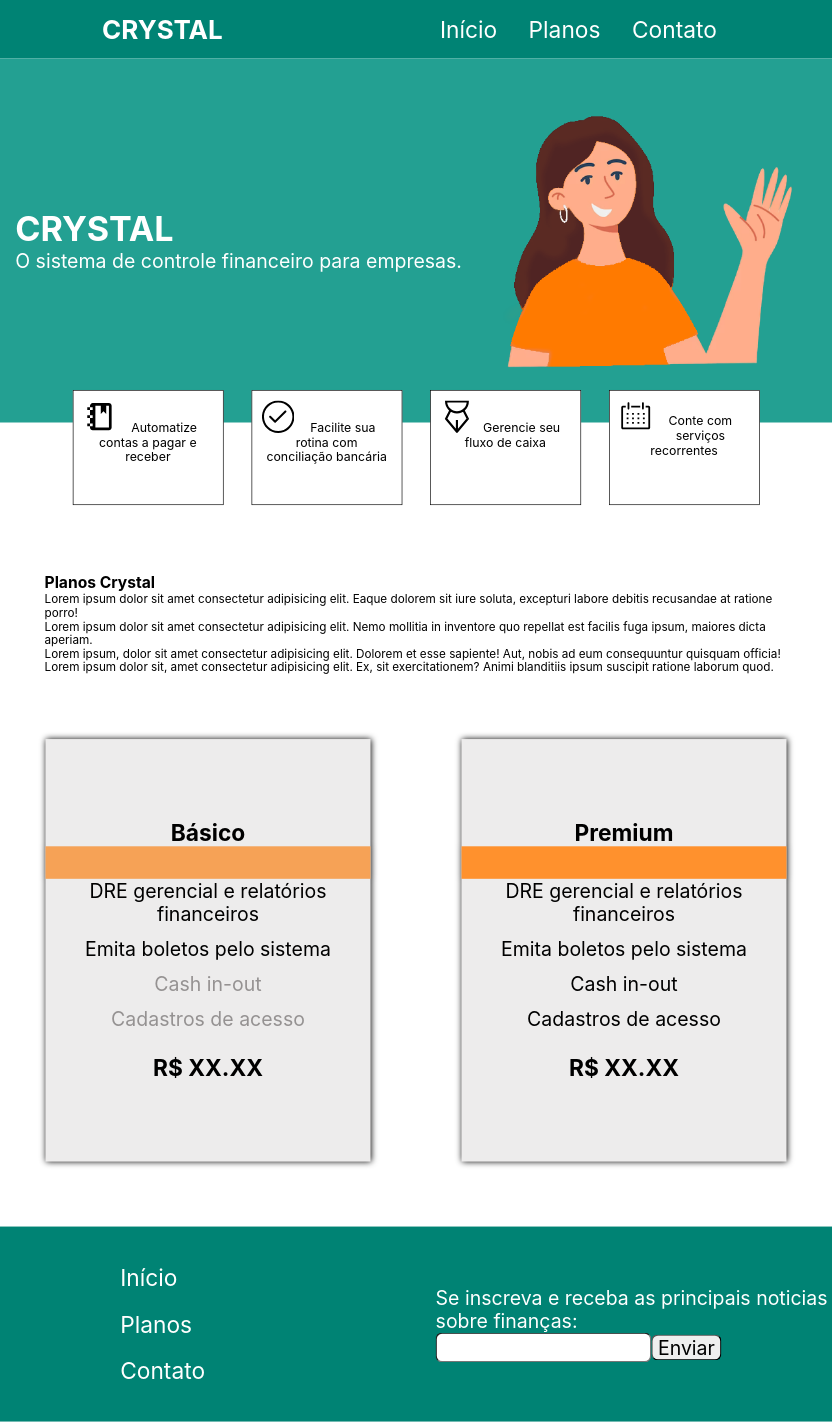
Repository: Matheus904-12/Crystallize
Page: index.html
An editor plug-in stored every save of this project. The page is shown before and after the next save, followed by the edit.
The browser window is 1280 px wide. The pictures show the whole page, at 65% of full size.
Some web fonts or font styles are not loaded; a fallback is used.

Above is the page before, as saved 2023-07-24 20:48:09.

After the next save:
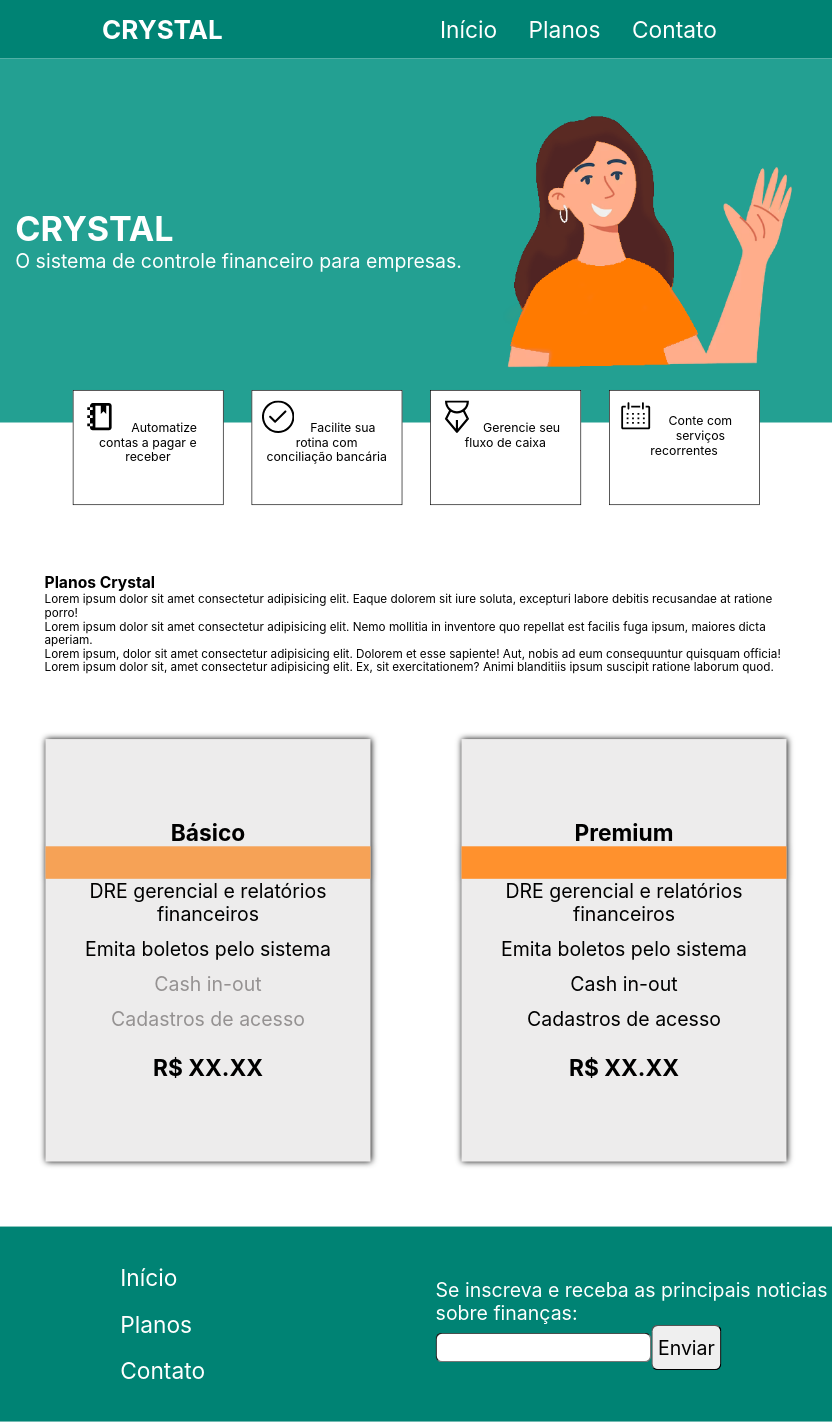
Saved 7 s later.
--- a/style.css
+++ b/style.css
@@ -222,7 +222,7 @@
 
 #enviar {
     width: 130px;
-    height: 40px;
+    height: 70px;
     border-radius: 10px;
     font-size: 30px;
     font-family: "inter";

After the save that followed:
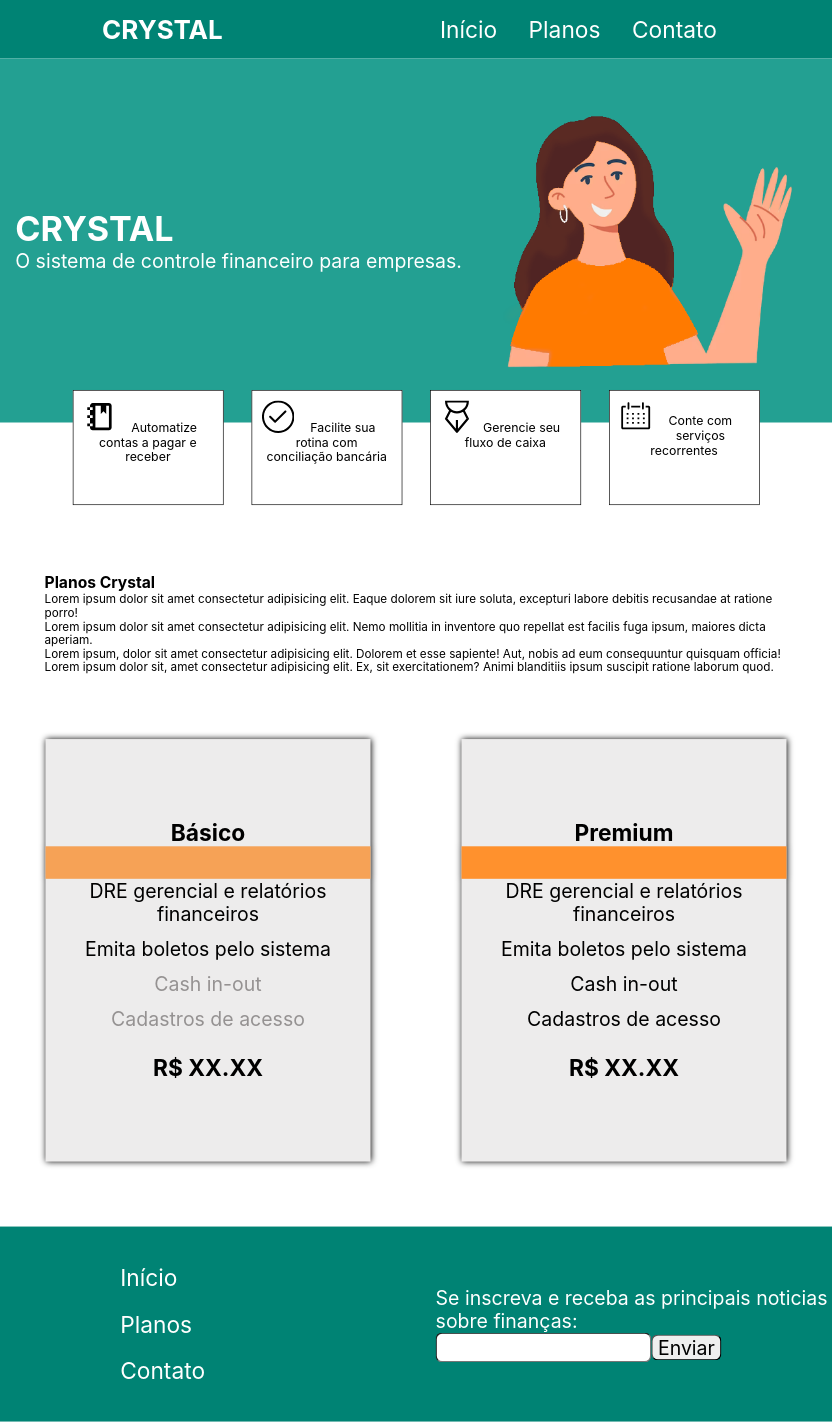
Saved 5 s later.
--- a/style.css
+++ b/style.css
@@ -222,7 +222,7 @@
 
 #enviar {
     width: 130px;
-    height: 70px;
+    height: 40px;
     border-radius: 10px;
     font-size: 30px;
     font-family: "inter";
